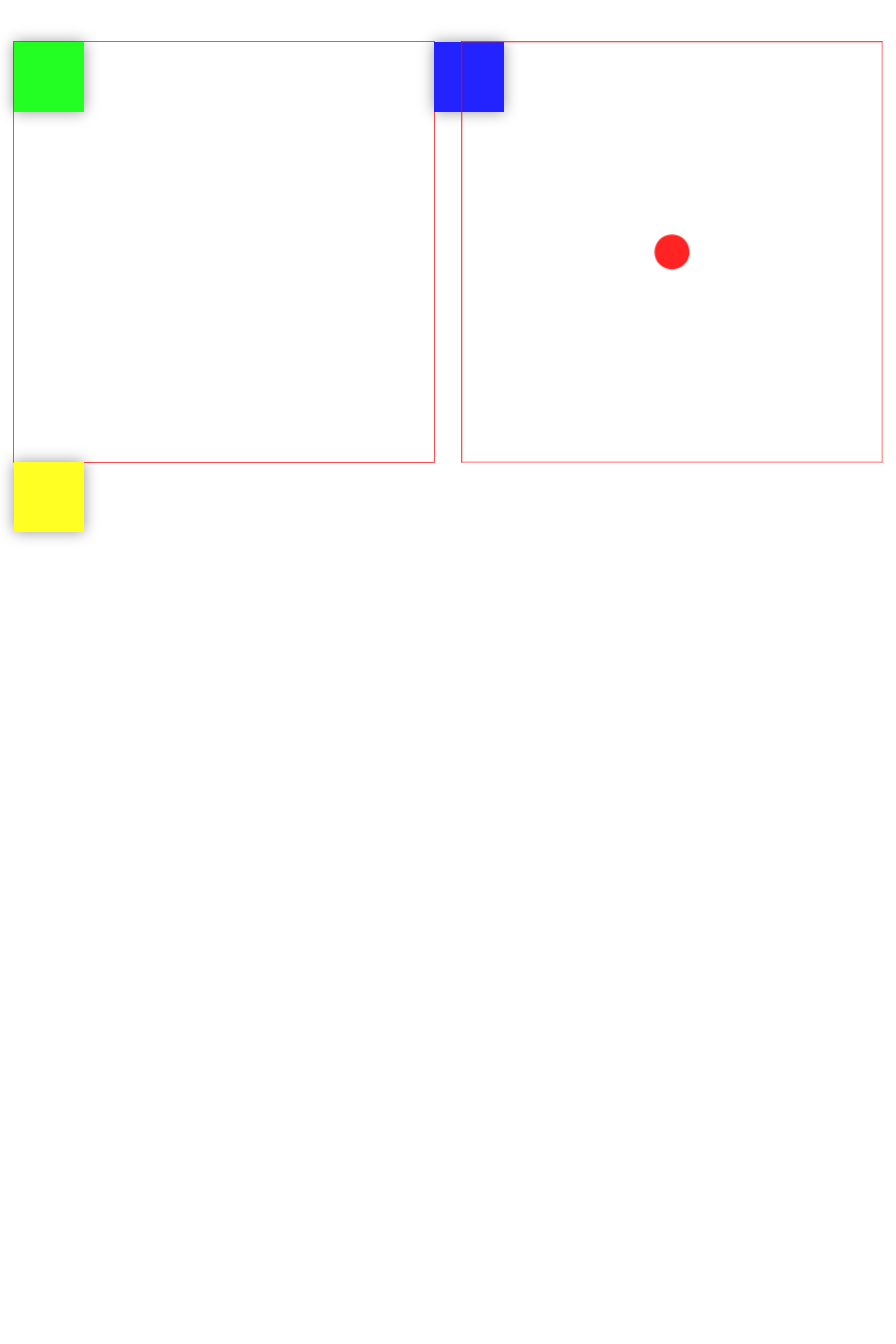
Repository: randgars/game
Page: index.html
These files come from the project's save history. The page is drawn as it stood at one moment and after the next save; the edit follows.
The browser window is 1280 px wide. The pictures show the part of the page from y = 0 to 1920 px (the page is 6160 px tall before and 720 px after), at 70% of full size.

Above is the page before, as saved 2017-09-29 15:01:03.

### index.html
<!DOCTYPE html>
<html lang="en">
<head>
    <meta charset="UTF-8">
    <meta name="viewport" content="width=device-width, initial-scale=1.0">
    <meta http-equiv="X-UA-Compatible" content="ie=edge">
    <title>Document</title>
    <link rel="stylesheet" href="./style.css">
    <script type="text/javascript" src="./index.js"></script>
</head>
<body>
    <div class="wrapper">
        <div class="square first"></div>
        <div class="square second"></div>
        <div class="square third"></div>
        <div class="square fourth"></div>
    </div>

    <div id="wrapper" class="wrapper">
        <div id="circle" class="circle"></div>
    </div>

    <div class="coordinates">
        <span id="x"></span>
        <span id="y"></span>
        <span id="x2"></span>
        <span id="y2"></span>
    </div>
</body>
</html>

### style.css
body {
    padding: 0;
    margin: 0;
    display: flex;
    justify-content: space-around;
    align-items: center;
    height: 100vh;
}
.wrapper {
    position: relative;
    width: 600px;
    height: 600px;
    border: solid 1px red;
}
.square {
    height: 100px;
    width: 100px;
    box-shadow: 0 0 20px rgba(0, 0, 0, .4);
    position: absolute;
}
.first {
    animation-name: first;
    animation-duration: 5s;
    animation-iteration-count: infinite;
    animation-timing-function: linear;
    background-color: rgba(35, 255, 35, 1);
    top: 0%;
    left: 0%;
}
.second {
    animation-name: second;
    animation-duration: 5s;
    animation-iteration-count: infinite;
    animation-timing-function: linear;
    background-color: rgba(35, 35, 255, 1);
    top: 0%;
    left: 100%;
}
.third {
    animation-name: third;
    animation-duration: 5s;
    animation-iteration-count: infinite;
    animation-timing-function: linear;
    background-color: rgb(255, 35, 35);
    top: 1000%;
    left: 100%;
}
.fourth {
    animation-name: fourth;
    animation-duration: 5s;
    animation-iteration-count: infinite;
    animation-timing-function: linear;
    background-color: rgba(255, 255, 35, 1);
    top: 100%;
    left: 0%;
}

.first:hover, .second:hover, .third:hover, .fourth:hoer {
    animation-play-state: paused;
}

@keyframes first {
    from {
        transform: rotate(360deg);
    }
    25% {
        background-color: rgba(35, 35, 255, 1);
    }
    50% {
        top: 100%;
        left: 100%;
        background-color: rgb(255, 35, 35);
    }
    75% {
        background-color: rgba(255, 255, 35, 1);
    }
    to {
        transform: rotate(0deg);
    }
}
@keyframes second {
    from {
        transform: rotate(0deg);
    }
    25% {
        background-color: rgb(255, 35, 35);
    }
    50% {
        top: 100%;
        left: 0%;
        background-color: rgba(255, 255, 35, 1);
    }
    75% {
        background-color: rgba(35, 255, 35, 1);
    }
    to {
        transform: rotate(360deg);
    }
}
@keyframes third {
    from {
        transform: rotate(360deg);
    }
    25% {
        background-color: rgba(255, 255, 35, 1);
    }
    50% {
        top: 0%;
        left: 0%;
        background-color: rgba(35, 255, 35, 1);
    }
    75% {
        background-color: rgba(35, 35, 255, 1);
    }
    to {
        transform: rotate(0deg);
    }
}
@keyframes fourth {
    from {
        transform: rotate(0deg);
    }
    25% {
        background-color: rgba(35, 255, 35, 1);
    }
    50% {
        top: 0%;
        left: 100%;
        background-color: rgba(35, 35, 255, 1);
    }
    75% {
        background-color: rgb(255, 35, 35);
    }
    to {
        transform: rotate(360deg);
    }
}

.circle {
    border-radius: 100%;
    background-color: rgb(255, 35, 35);
    position: absolute;
    top: calc(50% - 25px);
    left: calc(50% - 25px);
    width: 50px;
    height: 50px;
}
.coordinates {
    display: flex;
    flex-direction: column;
    position: fixed;
    right: 50px;
    top: 50px;
}

### index.js
var elem;
window.onload = function() {
    elem = document.getElementById("wrapper");
    elem.addEventListener("mousemove", mouseMove, true);
}

function mouseMove(event) {
    var x = event.clientX - elem.offsetLeft;
    var y = event.clientY - elem.offsetTop;

    var circle = document.getElementById("circle");
    // debugger
    if (x < 0 || x > elem.clientWidth || y < 0 || y > elem.clientHeight) {
        circle.style.left = "calc(50% - 25px)";
        circle.style.top = "calc(50% - 25px)";
    } else {
        circle.style.left = x - 25 + "px";
        circle.style.top = y - 25 + "px";
    }

    document.getElementById('x2').innerHTML="x: " + x;
    document.getElementById('y2').innerHTML="y: " + y;
}

After the next save:
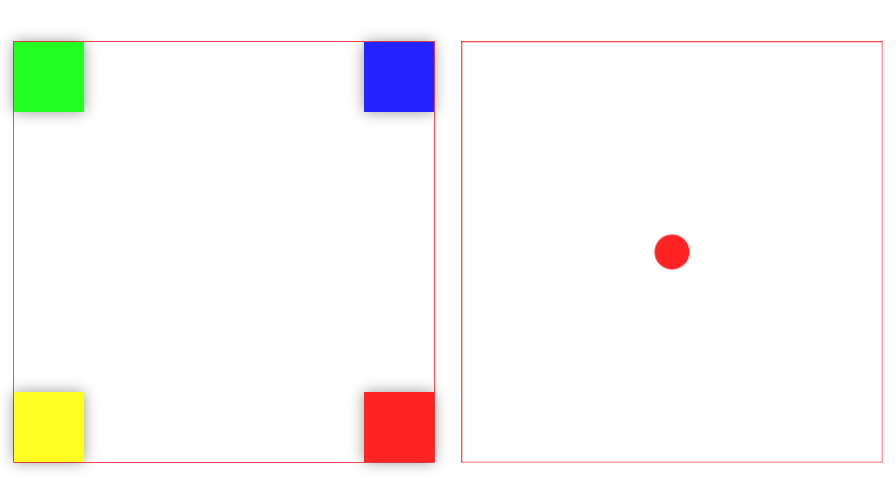
Saved 4 min 45 s later.
--- a/style.css
+++ b/style.css
@@ -24,8 +24,8 @@ body {
     animation-iteration-count: infinite;
     animation-timing-function: linear;
     background-color: rgba(35, 255, 35, 1);
-    top: 0%;
-    left: 0%;
+    top: 0;
+    left: 0;
 }
 .second {
     animation-name: second;
@@ -33,8 +33,8 @@ body {
     animation-iteration-count: infinite;
     animation-timing-function: linear;
     background-color: rgba(35, 35, 255, 1);
-    top: 0%;
-    left: 100%;
+    top: 0;
+    right: 0;
 }
 .third {
     animation-name: third;
@@ -42,8 +42,8 @@ body {
     animation-iteration-count: infinite;
     animation-timing-function: linear;
     background-color: rgb(255, 35, 35);
-    top: 1000%;
-    left: 100%;
+    bottom: 0;
+    right: 0;
 }
 .fourth {
     animation-name: fourth;
@@ -51,8 +51,8 @@ body {
     animation-iteration-count: infinite;
     animation-timing-function: linear;
     background-color: rgba(255, 255, 35, 1);
-    top: 100%;
-    left: 0%;
+    bottom: 0;
+    left: 0;
 }
 
 .first:hover, .second:hover, .third:hover, .fourth:hoer {
@@ -67,8 +67,8 @@ body {
         background-color: rgba(35, 35, 255, 1);
     }
     50% {
-        top: 100%;
-        left: 100%;
+        bottom: 0;
+        right: 0;
         background-color: rgb(255, 35, 35);
     }
     75% {
@@ -86,8 +86,8 @@ body {
         background-color: rgb(255, 35, 35);
     }
     50% {
-        top: 100%;
-        left: 0%;
+        bottom: 0;
+        left: 0;
         background-color: rgba(255, 255, 35, 1);
     }
     75% {
@@ -105,8 +105,8 @@ body {
         background-color: rgba(255, 255, 35, 1);
     }
     50% {
-        top: 0%;
-        left: 0%;
+        top: 0;
+        left: 0;
         background-color: rgba(35, 255, 35, 1);
     }
     75% {
@@ -124,8 +124,8 @@ body {
         background-color: rgba(35, 255, 35, 1);
     }
     50% {
-        top: 0%;
-        left: 100%;
+        top: 0;
+        right: 0;
         background-color: rgba(35, 35, 255, 1);
     }
     75% {
